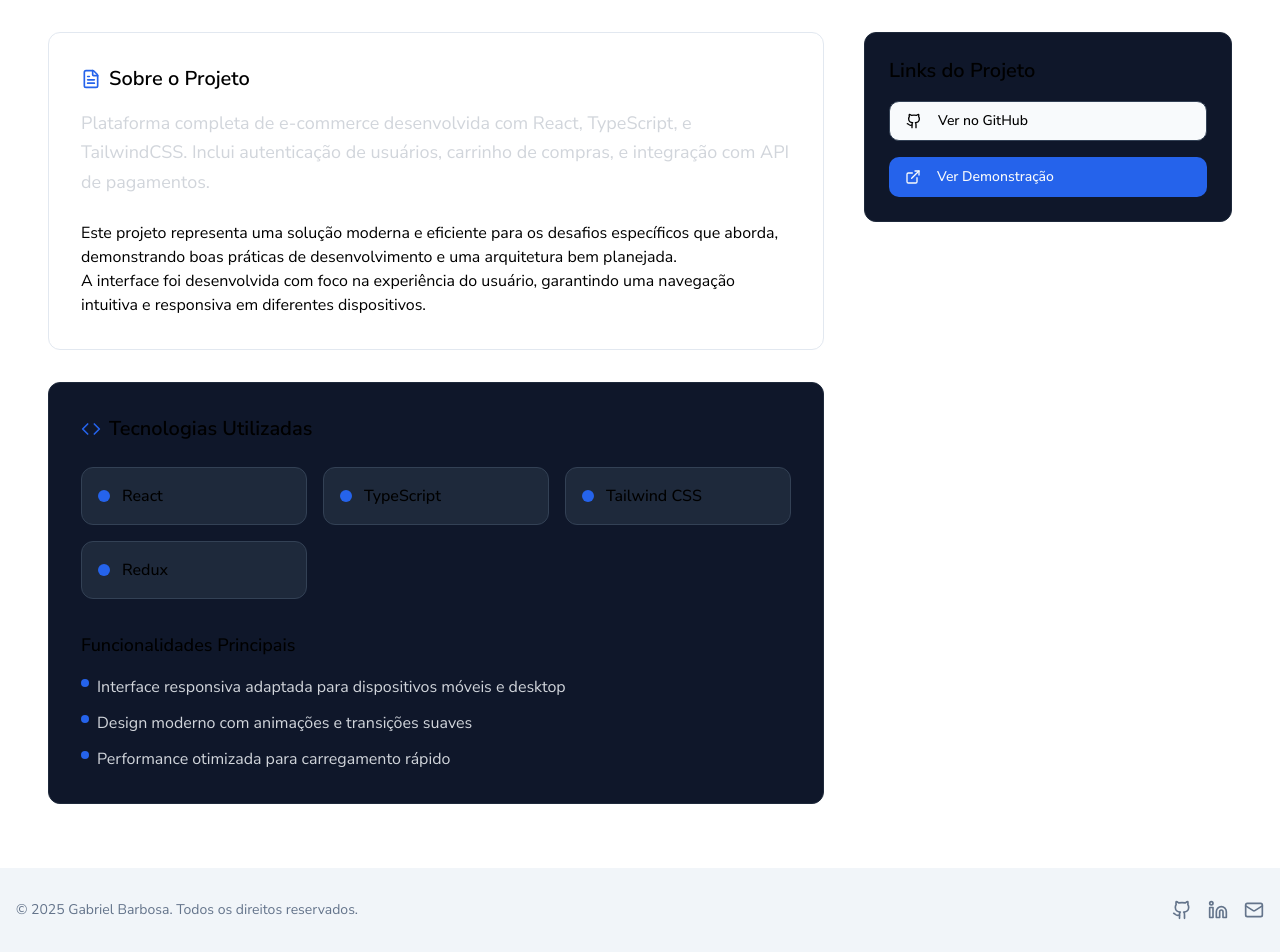
Repository: Biel-barbosa/portfolio-gabriel
Page: /projetos/1
An editor plug-in stored every save of this project. The page is shown before and after the next save, followed by the edit.
The browser window is 1280 px wide. The pictures show the part of the page from y = 688 to 1640 px (the page is 1640 px tall).
The page's requests for data from a server got no answer. The project was rebuilt for these pictures with package versions that can differ from the ones it lists, and the page was loaded fresh each time. No one was signed in, and anything a server would have sent is missing. Also part of the build but not shown: vite.config.ts, src/components/ui/tooltip.tsx, src/components/ui/card.tsx, src/components/ui/badge.tsx, src/components/ProjectCard.tsx, src/pages/Index.tsx, src/pages/Projects.tsx, src/pages/Contact.tsx and 1 more.

Above is the page before, as saved 2025-05-20 16:58:22.

After the next save:
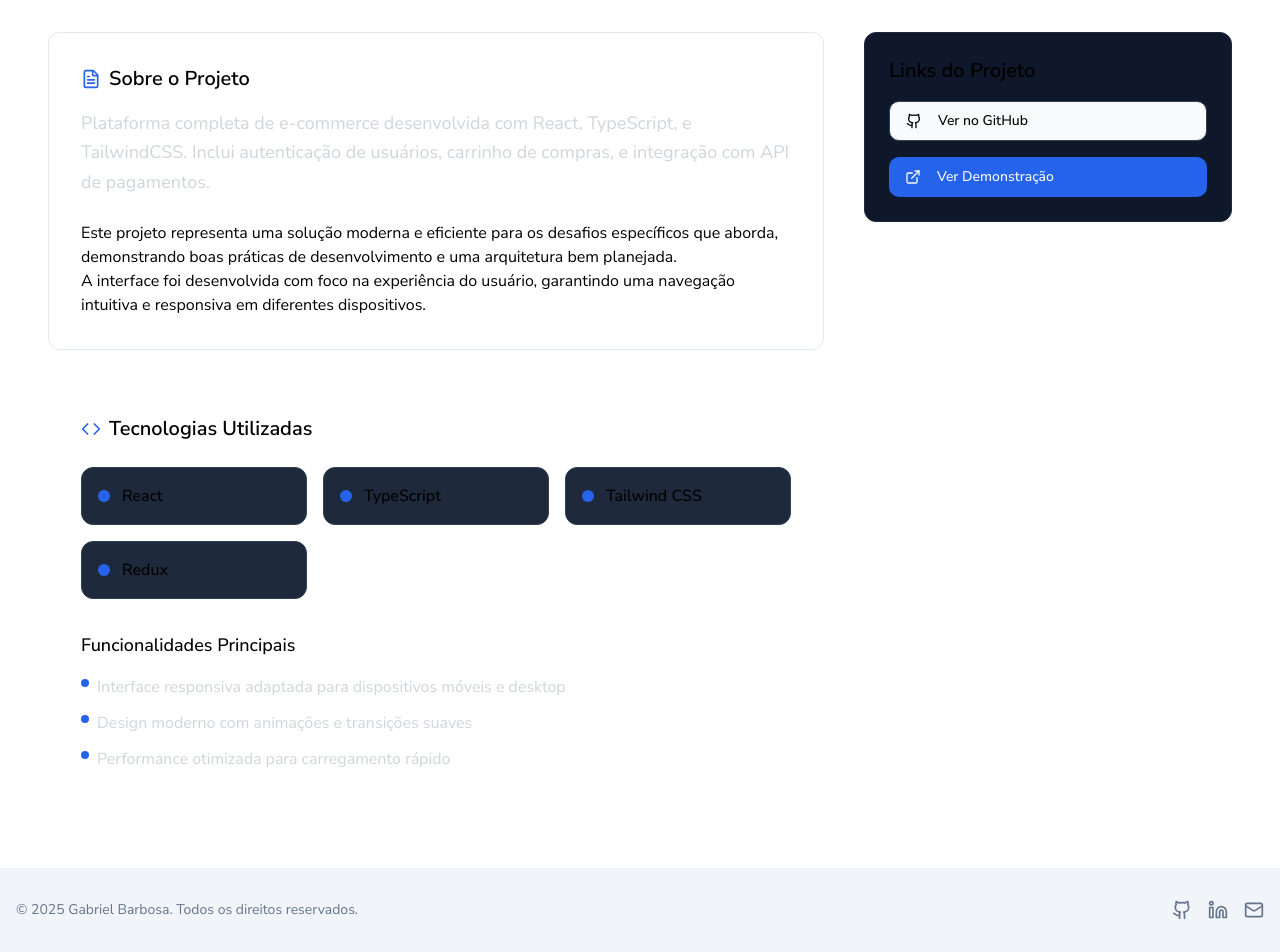
Saved 18 s later.
--- a/src/pages/ProjectDetail.tsx
+++ b/src/pages/ProjectDetail.tsx
@@ -151,7 +151,7 @@ const ProjectDetail = () => {
                     </div>
                   </div>
 
-                  <div className="bg-slate-900 border border-slate-800 rounded-lg p-8">
+                  <div className="bg-white border border-white rounded-lg p-8">
                     <h2 className="text-xl font-semibold mb-6 flex items-center">
                       <Code className="mr-2 h-5 w-5 text-primary" />
                       Tecnologias Utilizadas
